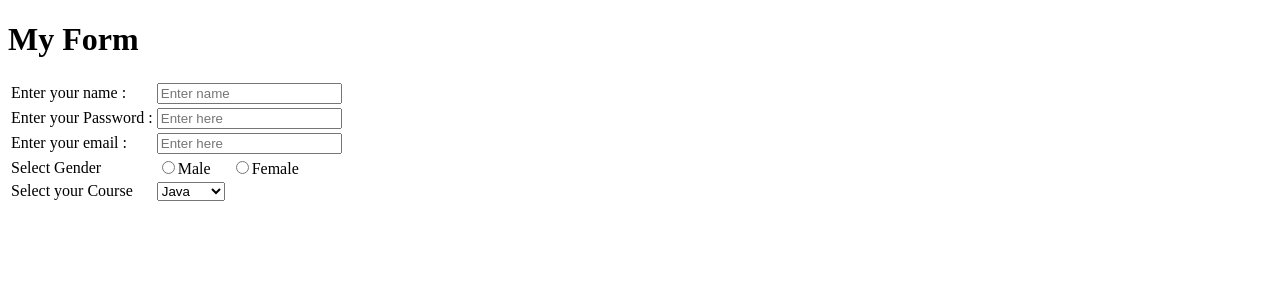
Repository: ShaileshMishr/Javanew
Page: Youtube/src/main/webapp/index.html
An editor plug-in stored every save of this project. The page is shown before and after the next save, followed by the edit.
The browser window is 1280 px wide. The pictures show the whole page.

Above is the page before, as saved 2023-10-10 18:48:56.

After the next save:
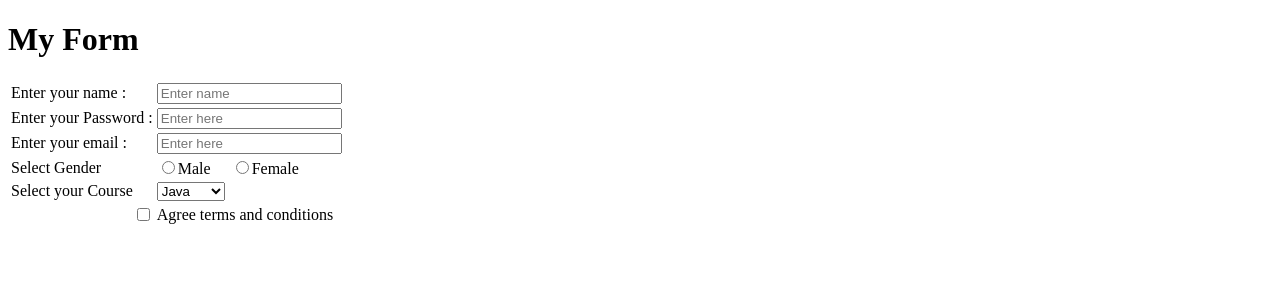
Saved 25 min 33 s later.
--- a/Youtube/src/main/webapp/index.html
+++ b/Youtube/src/main/webapp/index.html
@@ -44,6 +44,14 @@
 					</select>
 				</td>
 			</tr>
+			<tr>
+				<td style="text-align: right;">
+					<input type="checkbox" value="checked" name="condition" />
+				</td>
+				<td>
+					Agree terms and conditions
+				</td>
+			</tr>
 		</table>
 	</form>
 
